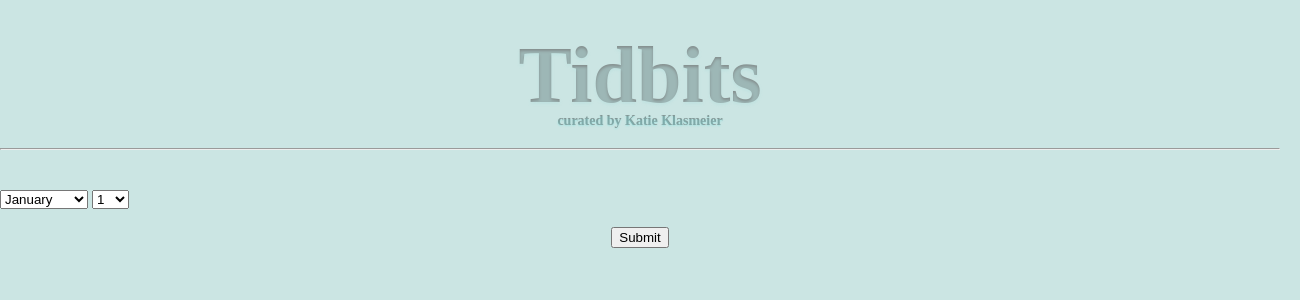
Repository: kklasmei/kklasmei.github.io
Page: tidbits/home.html
The author's editor kept a record of every edit. The page is drawn from the files as they stood at one moment, then again after the next edit.
The browser window is 1280 px wide. The page is 1300 px wide, so the pictures cover 1300 px, including what lies to the right of the window. The pictures show the whole page.

Above is the page before.

### tidbits/home.html
<html>
    <head>
        <title>Tidbits</title>
        <link rel="stylesheet" href="tidbits.css">
    </head>
    <body>
        <h1> Tidbits </h1>
        <h2> curated by Katie Klasmeier </h2>
        <hr>

<div class= "month"><select name="month">
    	<option value="1">January
    	<option value="2">February
    	<option value="3">March
    	<option value="4">April
    	<option value="5">May
    	<option value="6">June
    	<option value="7">July
    	<option value="8">August
    	<option value="9">September
    	<option value="10">October
    	<option value="11">November
    	<option value="12">December
</select></div>

<div class= "day"><select name="day">
    	<option value="1">1
    	<option value="2">2
    	<option value="3">3
    	<option value="4">4
    	<option value="5">5
    	<option value="6">6
    	<option value="7">7
    	<option value="8">8
    	<option value="9">9
    	<option value="10">10
    	<option value="11">11
    	<option value="12">12
    	<option value="13">13
    	<option value="14">14
    	<option value="15">15
    	<option value="16">16
    	<option value="17">17
    	<option value="18">18
    	<option value="19">19
    	<option value="20">20
    	<option value="21">21
    	<option value="22">22
    	<option value="23">23
    	<option value="24">24
    	<option value="25">25
    	<option value="26">26
    	<option value="27">27
    	<option value="28">28
    	<option value="29">29
    	<option value="30">30
    	<option value="31">31
</select></div>

    	<br>
    	<br>

    <div class="submit"><input type="submit" value="Submit"></div>

    </body>
</html>

### tidbits/tidbits.css
h1 {
    text-align: center;
    font-size: 80;
    margin: -20;
    font-family: Archer;
    padding-top: 50px;
    opacity: .6;
    background-color: #565656;
    color: transparent;
    text-shadow: 0px 2px 3px rgba(167,219,219,.5);
  -webkit-background-clip: text;
     -moz-background-clip: text;
          background-clip: text;
}

h2 {
    text-align: center;
    font-size: 14;
    font-family: Archer;
    opacity: .6;
    background-color: #565656;
    padding-bottom: 8;
    color: transparent;
    text-shadow: 0px 1px 2px rgba(68,219,219,.5);
  -webkit-background-clip: text;
     -moz-background-clip: text;
          background-clip: text;
}

body {
    background: #cbe5e3;
    margin: 0;
    padding: 0;
}

hr {
    margin-bottom: 40;
    width: auto;
    color: #44dbdb;
    display: block;
    height: 0;
}

.submit {
    text-align: center;
}

.month, .day {
    display: inline;
}

.date {
    text-align: center;
}

#searchbody {
	float: right;
	padding: 20px;
	margin-left: 50%;
    margin-bottom: -300;
}

.bar {
		margin: 0;
		padding: 2px 10px;
		font-family: Archer;
		font-size: 12px;
		border: 2px solid #99c7c8; border-right:0px;
		border-top-left-radius: 5px 5px;
		border-bottom-left-radius: 5px 5px;
		background-color: transparent;
}

.button {
		margin: 0;
		padding: 3px 3px;
		font-family: Archer;
		font-size: 12px;
		cursor: pointer;
		text-align: center;
		text-decoration: none;
		color: #ffffff;
		border: solid 1px #a7dbdb; border-right:0px;
		background: #a7dbdb;
		background: -webkit-gradient(linear, left top, left bottom, from(#565656), to(#565656));
		background: -moz-linear-gradient(top,  #00adee,  #0078a5);
		border-top-right-radius: 5px 5px;
		border-bottom-right-radius: 5px 5px;
	}
	.tfbutton:hover {
		text-decoration: none;
		background: #565656;
		background: -webkit-gradient(linear, left top, left bottom, from(#0095cc), to(#00678e));
		background: -moz-linear-gradient(top,  #0095cc,  #00678e);
	}
	/* Fixes submit button height problem in Firefox */
	.tfbutton::-moz-focus-inner {
	  border: 0;
	}
	.tfclear{
		clear:both;
	}

After the next edit:
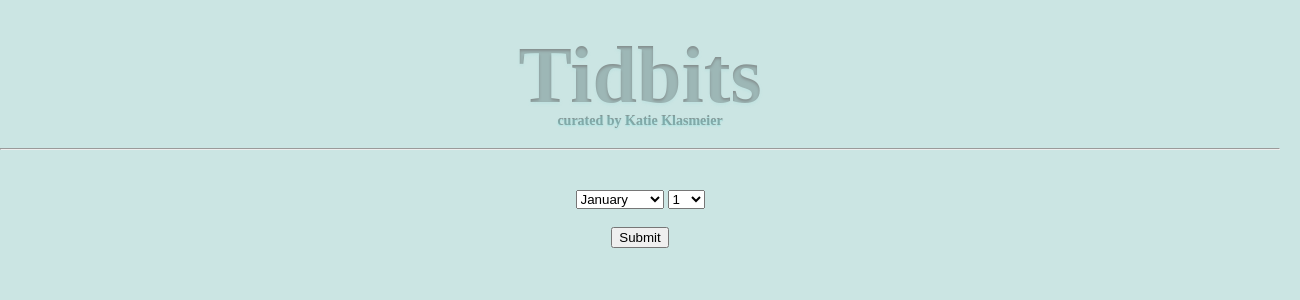
The edit:
--- a/tidbits/home.html
+++ b/tidbits/home.html
@@ -7,8 +7,8 @@
         <h1> Tidbits </h1>
         <h2> curated by Katie Klasmeier </h2>
         <hr>
-
-<div class= "month"><select name="month">
+<div class= "date">
+    <div class= "month"><select name="month">
     	<option value="1">January
     	<option value="2">February
     	<option value="3">March
